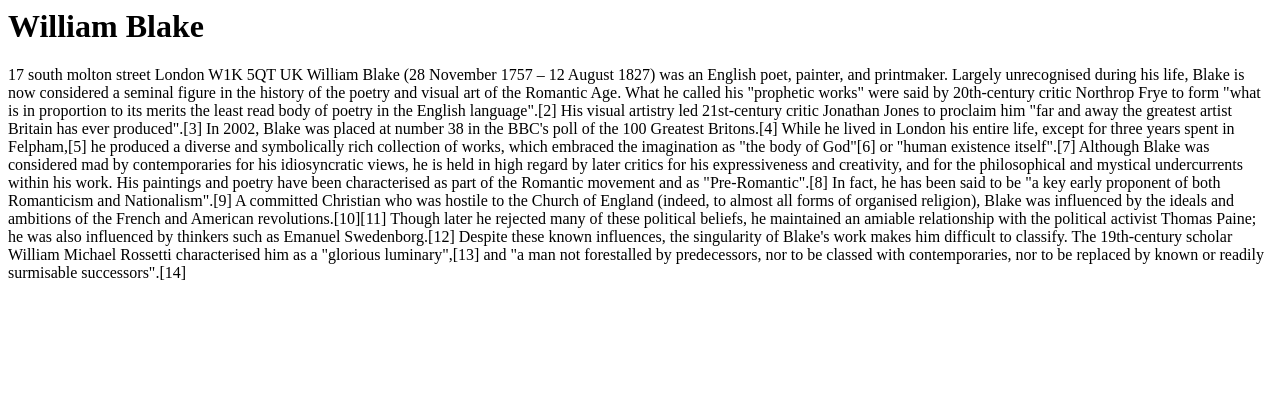
Repository: derealthink/webdev_course
Page: HTML/2.3 Void Elements/index.html
An editor plug-in stored every save of this project. The page is shown before and after the next save, followed by the edit.
The browser window is 1280 px wide. The pictures show the whole page.

Above is the page before, as saved 2025-10-05 20:19:14.

### HTML/2.3 Void Elements/index.html
<h1>William Blake </h1>

17 south molton street
London
W1K 5QT
UK


William Blake (28 November 1757 – 12 August 1827) was an English poet, painter, and printmaker. Largely unrecognised
during his life, Blake is now considered a seminal figure in the history of the poetry and visual art of the Romantic
Age. What he called his "prophetic works" were said by 20th-century critic Northrop Frye to form "what is in proportion
to its merits the least read body of poetry in the English language".[2] His visual artistry led 21st-century critic
Jonathan Jones to proclaim him "far and away the greatest artist Britain has ever produced".[3] In 2002, Blake was
placed at number 38 in the BBC's poll of the 100 Greatest Britons.[4] While he lived in London his entire life, except
for three years spent in Felpham,[5] he produced a diverse and symbolically rich collection of works, which embraced the
imagination as "the body of God"[6] or "human existence itself".[7]

Although Blake was considered mad by contemporaries for his idiosyncratic views, he is held in high regard by later
critics for his expressiveness and creativity, and for the philosophical and mystical undercurrents within his work. His
paintings and poetry have been characterised as part of the Romantic movement and as "Pre-Romantic".[8] In fact, he has
been said to be "a key early proponent of both Romanticism and Nationalism".[9] A committed Christian who was hostile to
the Church of England (indeed, to almost all forms of organised religion), Blake was influenced by the ideals and
ambitions of the French and American revolutions.[10][11] Though later he rejected many of these political beliefs, he
maintained an amiable relationship with the political activist Thomas Paine; he was also influenced by thinkers such as
Emanuel Swedenborg.[12] Despite these known influences, the singularity of Blake's work makes him difficult to classify.
The 19th-century scholar William Michael Rossetti characterised him as a "glorious luminary",[13] and "a man not
forestalled by predecessors, nor to be classed with contemporaries, nor to be replaced by known or readily surmisable
successors".[14]

After the next save:
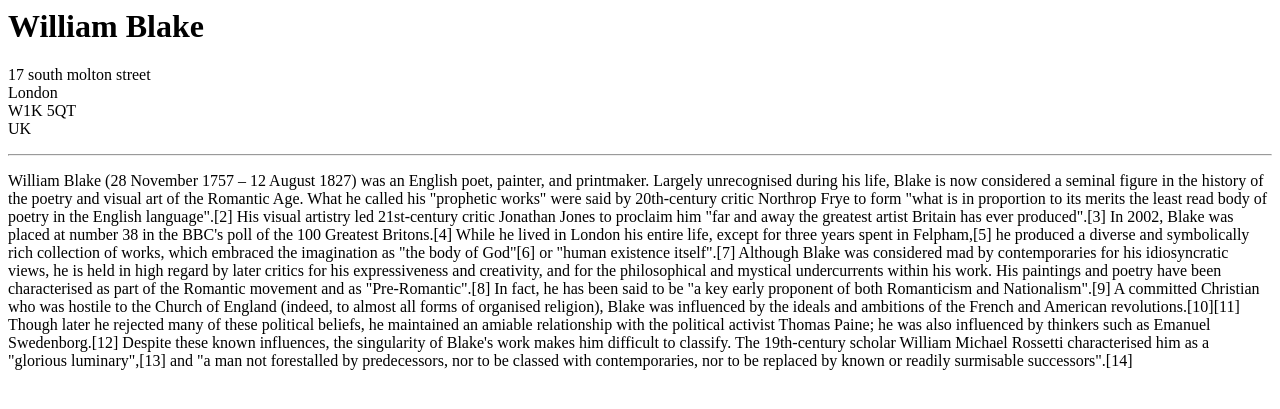
Saved 2 min 17 s later.
--- a/HTML/2.3 Void Elements/index.html
+++ b/HTML/2.3 Void Elements/index.html
@@ -1,12 +1,12 @@
 <h1>William Blake </h1>
 
-17 south molton street
-London
-W1K 5QT
-UK
+<p>17 south molton street<br/>
+London<br/>
+W1K 5QT<br/>
+UK</p>
+<hr/>
 
-
-William Blake (28 November 1757 – 12 August 1827) was an English poet, painter, and printmaker. Largely unrecognised
+<p>William Blake (28 November 1757 – 12 August 1827) was an English poet, painter, and printmaker. Largely unrecognised
 during his life, Blake is now considered a seminal figure in the history of the poetry and visual art of the Romantic
 Age. What he called his "prophetic works" were said by 20th-century critic Northrop Frye to form "what is in proportion
 to its merits the least read body of poetry in the English language".[2] His visual artistry led 21st-century critic
@@ -25,4 +25,4 @@
 Emanuel Swedenborg.[12] Despite these known influences, the singularity of Blake's work makes him difficult to classify.
 The 19th-century scholar William Michael Rossetti characterised him as a "glorious luminary",[13] and "a man not
 forestalled by predecessors, nor to be classed with contemporaries, nor to be replaced by known or readily surmisable
-successors".[14]
+successors".[14]</p>
